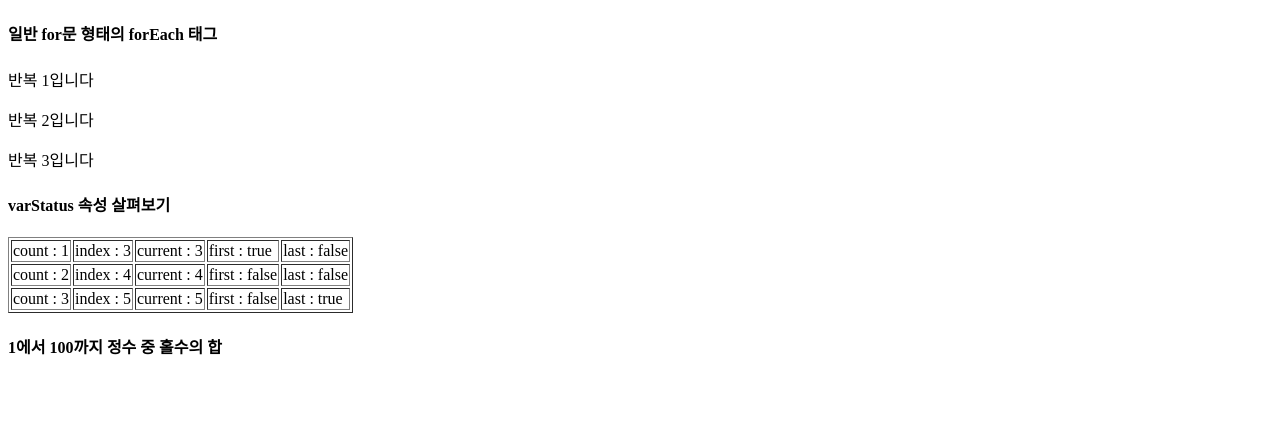
Repository: Charles0304/JSP
Page: http://localhost/MustHaveJSP/11JSTL/core/ForEachNormal.jsp
The author's editor kept a copy of each file at every save. The page is drawn from the files as they stood at one save, then again after the next save.
The browser window is 1280 px wide. The pictures show the whole page.
The page is served by Tomcat 10. Nobody is signed in. The application's start-up code is not run. Other server files are loaded and not shown.

Above is the page before, as saved 2024-04-25 03:27:09.

### MustHaveJSP/src/main/webapp/11JSTL/core/ForEachNormal.jsp
<%@ page language="java" contentType="text/html; charset=UTF-8"
    pageEncoding="UTF-8"%>
<%@ taglib prefix = "c" uri = "jakarta.tags.core" %>
<!DOCTYPE html>
<html>
<head>
<meta charset="UTF-8">
<title>JSTL - forEach 태그</title>

</head>
<body>
	<h4>일반 for문 형태의 forEach 태그</h4>
	<c:forEach begin="1" end = "3" step = "1" var="i">
		<p>반복 ${i }입니다</p>
	</c:forEach>

	<h4>varStatus 속성 살펴보기</h4>
	<table border="1">
	<c:forEach begin="3" end ="5" var = "i" varStatus="loop">
		<tr>
			<td>count : ${loop.count }</td>
			<td>index : ${loop.index }</td>
			<td>current : ${loop.current }</td>
			<td>first : ${loop.first }</td>
			<td>last : ${loop.last }</td>
		</tr>
	</c:forEach>
	</table>

	<h4>1에서 100까지 정수 중 홀수의 합</h4>
	<c:forEach begin = "1" end = "100" var="j">
		<c:if test="${j mod 2 ne 0 }">
			<c:set var = "sum" value = "${sum+j }"/>
		</c:if>
	</c:forEach>
</body>
</html>

After the next save:
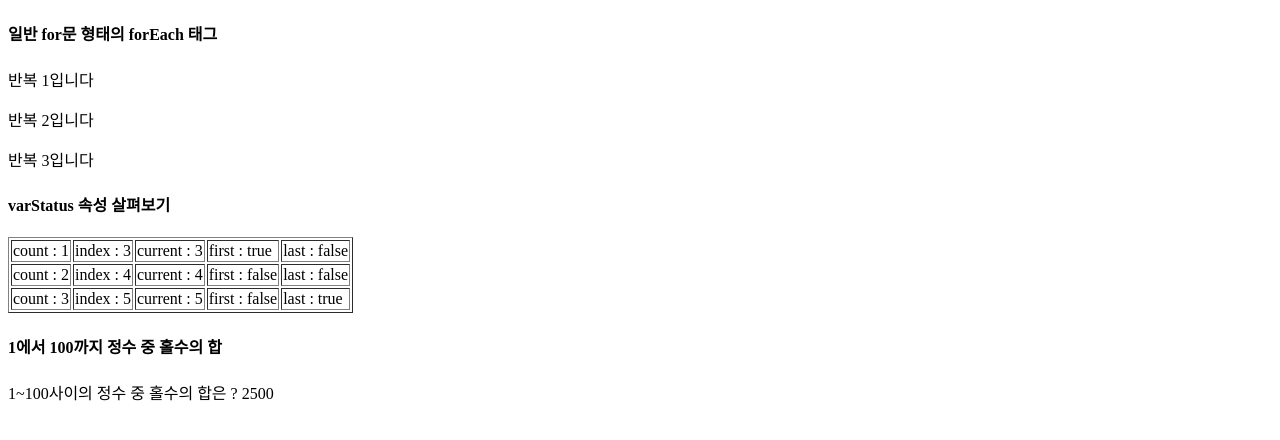
Saved 14 s later.
--- a/MustHaveJSP/src/main/webapp/11JSTL/core/ForEachNormal.jsp
+++ b/MustHaveJSP/src/main/webapp/11JSTL/core/ForEachNormal.jsp
@@ -33,5 +33,6 @@
 			<c:set var = "sum" value = "${sum+j }"/>
 		</c:if>
 	</c:forEach>
+	1~100사이의 정수 중 홀수의 합은 ? ${sum }
 </body>
 </html>
